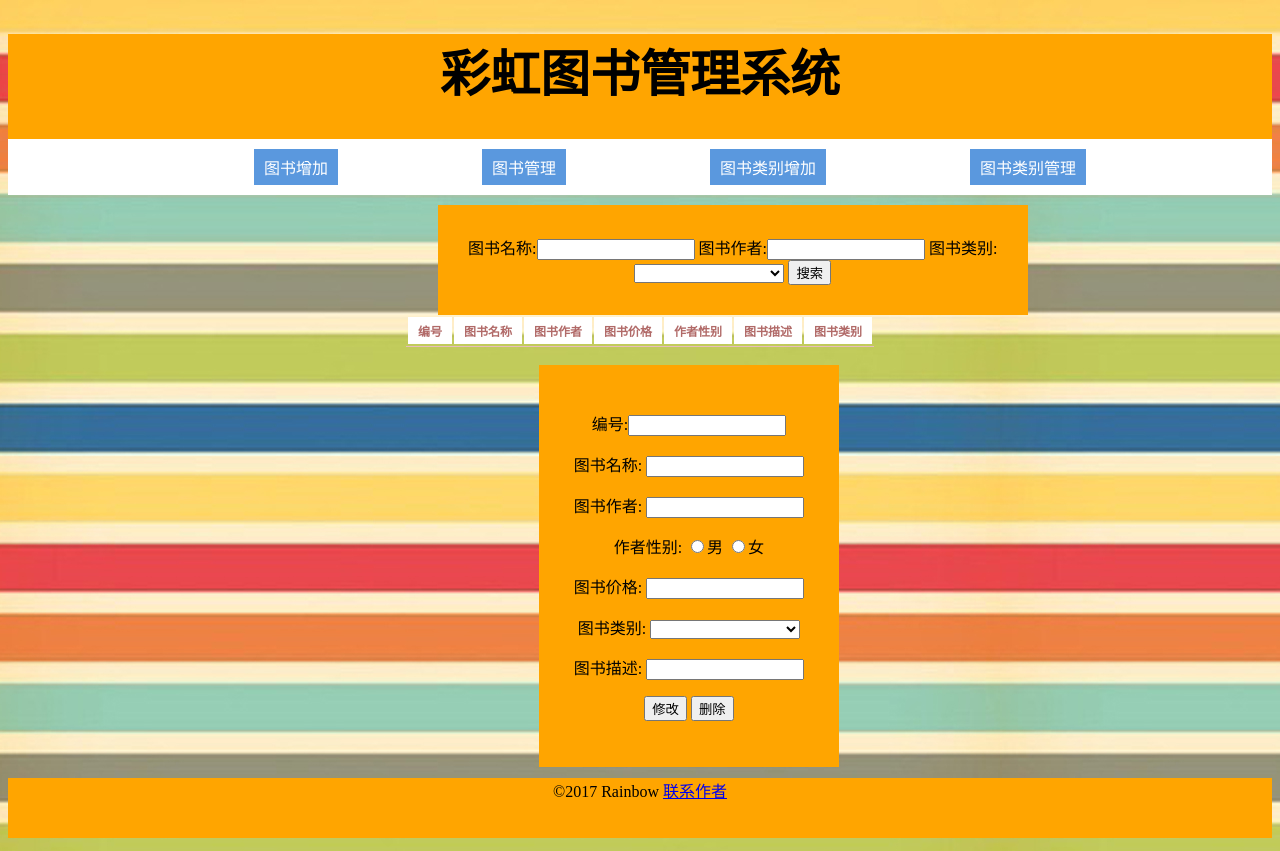
Repository: Rainbow-Chua/learningcode
Page: http://localhost/MyBookManager/BookManager.jsp
The author's editor kept a copy of each file at every save. The page is drawn from the files as they stood at one save, then again after the next save.
The browser window is 1280 px wide. The pictures show the whole page.
The page is served by Tomcat 9. Other server files are loaded and not shown. Queries for data that is not in the repository find no rows.

Above is the page before, as saved 2017-11-23 13:38:24.

### MyBookManager/WebContent/BookManager.jsp
<%@ page language="java" contentType="text/html; charset=utf-8"
	pageEncoding="utf-8"%>
<%@ page language="java" import="java.util.*"%>
<%@ page import="java.sql.Connection"%>
<%@ page import="java.sql.ResultSet"%>
<%@ page import="com.rainbowpro.util.*"%>
<%@ page import="com.rainbowpro.dao.*"%>
<%@ page import="com.rainbowpro.model.*"%>
<!DOCTYPE html PUBLIC "-//W3C//DTD HTML 4.01 Transitional//EN" "http://www.w3.org/TR/html4/loose.dtd">
<html>
<head>
<style type="text/css">
div {
	text-align: center;
}

body {
	background-image: url("images/bgi.jpg");
	background-repeat: repeat;
}

h2 {
	text-align: center;
}
/* Border styles */
#table-2 thead, #table-2 tr {
	border-top-width: 1px;
	border-top-style: solid;
	border-top-color: rgb(230, 189, 189);
}

#table-2 tr:HOVER td {
	background-color: red;
}

#table-2 {
	border-bottom-width: 1px;
	border-bottom-style: solid;
	border-bottom-color: rgb(230, 189, 189);
}

/* Padding and font style */
#table-2 td, #table-2 th {
	padding: 5px 10px;
	font-size: 12px;
	font-family: Verdana;
	color: rgb(177, 106, 104);
}

/* Alternating background colors */
#table-2 tr:nth-child(even) {
	background: rgb(238, 211, 210)
}

#table-2 tr:nth-child(odd) {
	background: #FFF
}
</style>
</head>
<%@ include file="Headermain.jsp"%>
<body onload="IniEvent()">
	<div>
		<form action="bookmanager.do" method="get"
			style="background-color: orange; position: relative; width: 590px; left: 34%; padding-top: 30px; padding-bottom: 30px">
			<p style="display: inline;">
				图书名称:<input id="bookName" type="text" name="bookName"
					style="width: 150px;" />
			</p>
			<p style="display: inline;">
				图书作者:<input id="bookAuthor" type="text" name="bookAuthor"
					style="width: 150px;" />
			</p>
			<p style="display: inline;">
				图书类别: <select name="bookType" style="width: 150px;">
					<%
						DbUtil dbUtil = new DbUtil();
						BookTypeDao bookTypeDao = new BookTypeDao();
						Connection con = null;
						try {
							con = dbUtil.getCon();
							BookType bookType = null;
							ResultSet rs = bookTypeDao.list(con, new BookType());
							while (rs.next()) {
								bookType = new BookType();
								bookType.setId(rs.getInt("id"));
								bookType.setBookTypeName(rs.getString("bookTypeName"));
					%>
					<option
						value="<%=bookType.getBookTypeName()%>,<%=bookType.getId()%>"><%=bookType.getBookTypeName()%></option>
					<%
						}
						} catch (Exception e) {
							e.printStackTrace();
						} finally {
							try {
								dbUtil.close(con);
							} catch (Exception e) {
								e.printStackTrace();
							}
						}
					%>
				</select>
			</p>
			<p style="display: inline;">
				<input type="submit" value="搜索">
			</p>
		</form>
	</div>
	<%!ArrayList list = null;%>
	<%
		if (request.getAttribute("list") != null) {
			list = (ArrayList) request.getAttribute("list");
		}
	%>
	<table id="table-2" align="center">
		<tr>
			<th>编号</th>
			<th>图书名称</th>
			<th>图书作者</th>
			<th>图书价格</th>
			<th>作者性别</th>
			<th>图书描述</th>
			<th>图书类别</th>
		</tr>
		<%
			if (list != null) {
				for (int i = 0; i < list.size(); i++) {
					Book book = (Book) list.get(i);
		%>
		<tr>
			<th><%=book.getId()%></th>
			<th><%=book.getBookName()%></th>
			<th><%=book.getAuthor()%></th>
			<th><%=book.getPrice()%></th>
			<th><%=book.getSex()%></th>
			<th><%=book.getBookDesc()%></th>
			<th><%=book.getBookTypeName()%></th>
		</tr>
		<%
			}
		}
		%>
	</table>
	<br>
	<div>
		<form action="bookmanager.do" method="post"
			onsubmit="return checkForm(this);"
			style="background-color: orange; position: relative; left: 42%; width: 300px;padding-top: 30px; padding-bottom: 30px ">
			<p>
				编号:<input id="bookId" name="bookId" type="text" readonly="readonly" style="width: 150px;">
			</p>
			<p>
				图书名称: <input id="bookName1" type="text" name="bookName1"
					style="width: 150px;" />
			</p>
			<p>
				图书作者: <input id="bookAuthor1" type="text" name="bookAuthor1"
					style="width: 150px;" />
			</p>
			<p>
				作者性别: <label style="width: 150px;"><input id="male" name="Sex" type="radio" value="男 "/>男 </label> <label><input
					id="female" name="Sex" type="radio" value="女" />女 </label>
			</p>
			<p>
				图书价格: <input id="bookPrice1" type="text" name="bookPrice1"
					style="width: 150px;" />
			</p>
			<p>
				图书类别:
				<select id="bookType1" name="bookType1" style="width: 150px;">
				<%
				try{
					con = dbUtil.getCon();
					BookType bookType = null;
					ResultSet rs = bookTypeDao.list(con, new BookType());
					while(rs.next()){
						bookType = new BookType();
						bookType.setId(rs.getInt("id"));
						bookType.setBookTypeName(rs.getString("bookTypeName"));
				%>
						<option value="<%= bookType.getBookTypeName()%>,<%= bookType.getId()%>"><%= bookType.getBookTypeName() %></option>
				<%
					}
				}catch(Exception e){
					e.printStackTrace();
				}finally{
					try {
						dbUtil.close(con);
					} catch (Exception e) {
						e.printStackTrace();
					}
				}
				%>
				</select>
			</p>
			<p>
				图书描述: <input id="bookDec1" type="text" name="bookDec1" style="width: 150px;">
			</p>


			<p>
				<input type="submit" name="modify" value="修改"> <input type="submit" name="delete" value="删除">
			</p>
		</form>
	</div>
	<script type="text/javascript">
		function IniEvent() {
			var tbl = document.getElementById("table-2");
			var trs = tbl.getElementsByTagName("tr");
			for (var i = 0; i < trs.length; i++) {
				trs[i].onclick = TrOnClick;
			}
		}
		function TrOnClick() {
			var tbl = document.getElementById("table-2");
			var trs = tbl.getElementsByTagName("tr");
			for (var i = 1; i < trs.length; i++) {
				if (trs[i] == this) { //判断是不是当前选择的行
					trs[i].style.background = "yellow";
					var x=document.getElementById('table-2').rows[i].cells;
					document.getElementById("bookId").setAttribute("value", x[0].innerHTML);
					document.getElementById("bookName1").setAttribute("value", x[1].innerHTML);
					document.getElementById("bookAuthor1").setAttribute("value", x[2].innerHTML);
					document.getElementById("bookPrice1").setAttribute("value", x[3].innerHTML);
					//alert(x[4].innerHTML);
					var male = "男";
					if(x[4].innerHTML == male){
						document.getElementById("male").checked = true;
						document.getElementById("female").checked = false;
					} else {
						document.getElementById("female").checked = true;
						document.getElementById("male").checked = false;
					}
					document.getElementById("bookDec1").setAttribute("value", x[5].innerHTML);
					var all_options = document.getElementById("bookType1").options;
					for (var q=0; q<all_options.length; q++){
					     if (all_options[q].value.indexOf(x[6].innerHTML) >= 0){
					        all_options[q].selected = true;
					     }
					}
				} else {
					if(i%2 == 0){
						trs[i].style.background = "white";
					} else {
						trs[i].style.background = "rgb(238, 211, 210)";
					}
				}
			}
		}
	</script>
</body>
<%@ include file="Footer.jsp"%>
</html>

### MyBookManager/WebContent/Headermain.jsp
<%@ page language="java" contentType="text/html; charset=utf-8"
	pageEncoding="utf-8"%>
<!DOCTYPE html PUBLIC "-//W3C//DTD HTML 4.01 Transitional//EN" "http://www.w3.org/TR/html4/loose.dtd">
<html>
<head>
<style type="text/css">
.h {
	width: 100%;
	background: orange;
	color: black;
	text-align: center;
	text-shadow: silver;
}
.menus {
    z-index: 2;
    margin: 10px 0;
    background: #fff;
}
.g-gc {
    display: inline-block;
    vertical-align: top;
    margin: 10px;
    margin-left: 130px;
    padding:6px;
    padding-left: 10px;
    padding-right: 10px;
    background: #5a98de;
    position:relative;
    right: 50px;
}
.a-1 {
    color: #fff;
    text-decoration: none;
    outline: 0;
}
.a-1:HOVER {
	text-decoration: underline;
}
</style>
</head>
<body>
	<div class="h">
		<h1 style="font-size: 50px; font-weight: bold; color: black;">彩虹图书管理系统</h1>
		<ul class="menus">
			<li class="g-gc"><a href="addBook.jsp" class="a-1">图书增加</a></li>
			<li class="g-gc"><a href="BookManager.jsp" class="a-1">图书管理</a></li>
			<li class="g-gc"><a href="addBookType.jsp" class="a-1">图书类别增加</a></li>
			<li class="g-gc"><a href="BookTypeManager.jsp" class="a-1">图书类别管理</a></li>
		</ul>
	</div>
</body>
</html>

### MyBookManager/WebContent/Footer.jsp
<%@ page language="java" contentType="text/html; charset=utf-8"
    pageEncoding="utf-8"%>
<!DOCTYPE html PUBLIC "-//W3C//DTD HTML 4.01 Transitional//EN" "http://www.w3.org/TR/html4/loose.dtd">
<html>
<head>
<style type="text/css">
.f {
	width: 100%;
	height: 60px;
	background: orange;
	color: black;
	text-align: center;
	text-shadow: silver;
	position: relative;
	bottom: 5px;
}
</style>
</head>
<body>
	<div class="f">
		<p id="cp">©2017&nbsp;Rainbow&nbsp;<a href="mailto:caihong@stu.shmtu.edu.cn">联系作者</a></p>
	</div>
</body>
</html>

### MyBookManager/src/com/rainbowpro/model/BookType.java
package com.rainbowpro.model;

public class BookType {

	private int id;
	private String bookTypeName;
	private String bookTypeDesc;

	public BookType() {
		super();
		// TODO Auto-generated constructor stub
	}
	public BookType(String bookTypeName, String bookTypeDesc) {
		super();
		this.bookTypeName = bookTypeName;
		this.bookTypeDesc = bookTypeDesc;
	}

	public BookType(int id, String bookTypeName, String bookTypeDesc) {
		super();
		this.id = id;
		this.bookTypeName = bookTypeName;
		this.bookTypeDesc = bookTypeDesc;
	}
	public int getId() {
		return id;
	}
	public void setId(int id) {
		this.id = id;
	}
	public String getBookTypeName() {
		return bookTypeName;
	}
	public void setBookTypeName(String bookTypeName) {
		this.bookTypeName = bookTypeName;
	}
	public String getBookTypeDesc() {
		return bookTypeDesc;
	}
	public void setBookTypeDesc(String bookTypeDesc) {
		this.bookTypeDesc = bookTypeDesc;
	}
	@Override
	public String toString() {
		return bookTypeName;
	}

}

### MyBookManager/src/com/rainbowpro/util/StringUtil.java
package com.rainbowpro.util;
/**
 * 俚륜눔묏야잚
 * @author Useradmin
 *
 */
public class StringUtil {

	public static boolean isEmpty(String str){
		if(str == null || "".equals(str.trim())){
			return true;
		}else{
			return false;
		}
	}

	public static boolean isNotEmpty(String str){
		if(str != null && !"".equals(str)){
			return true;
		}else{
			return false;
		}
	}
}

After the next save:
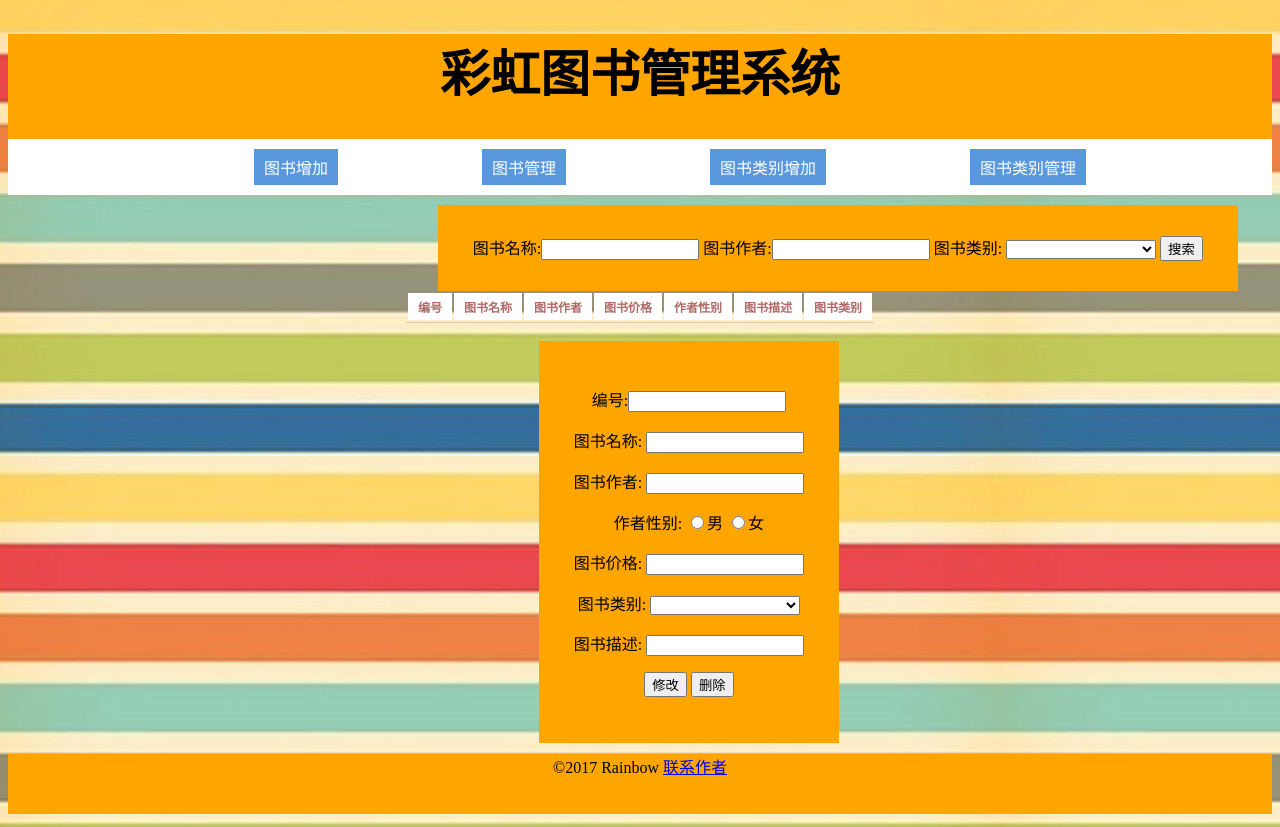
Saved 19 s later.
--- a/MyBookManager/WebContent/BookManager.jsp
+++ b/MyBookManager/WebContent/BookManager.jsp
@@ -61,7 +61,7 @@ h2 {
 <body onload="IniEvent()">
 	<div>
 		<form action="bookmanager.do" method="get"
-			style="background-color: orange; position: relative; width: 590px; left: 34%; padding-top: 30px; padding-bottom: 30px">
+			style="background-color: orange; position: relative; width: 800px; left: 34%; padding-top: 30px; padding-bottom: 30px">
 			<p style="display: inline;">
 				图书名称:<input id="bookName" type="text" name="bookName"
 					style="width: 150px;" />
